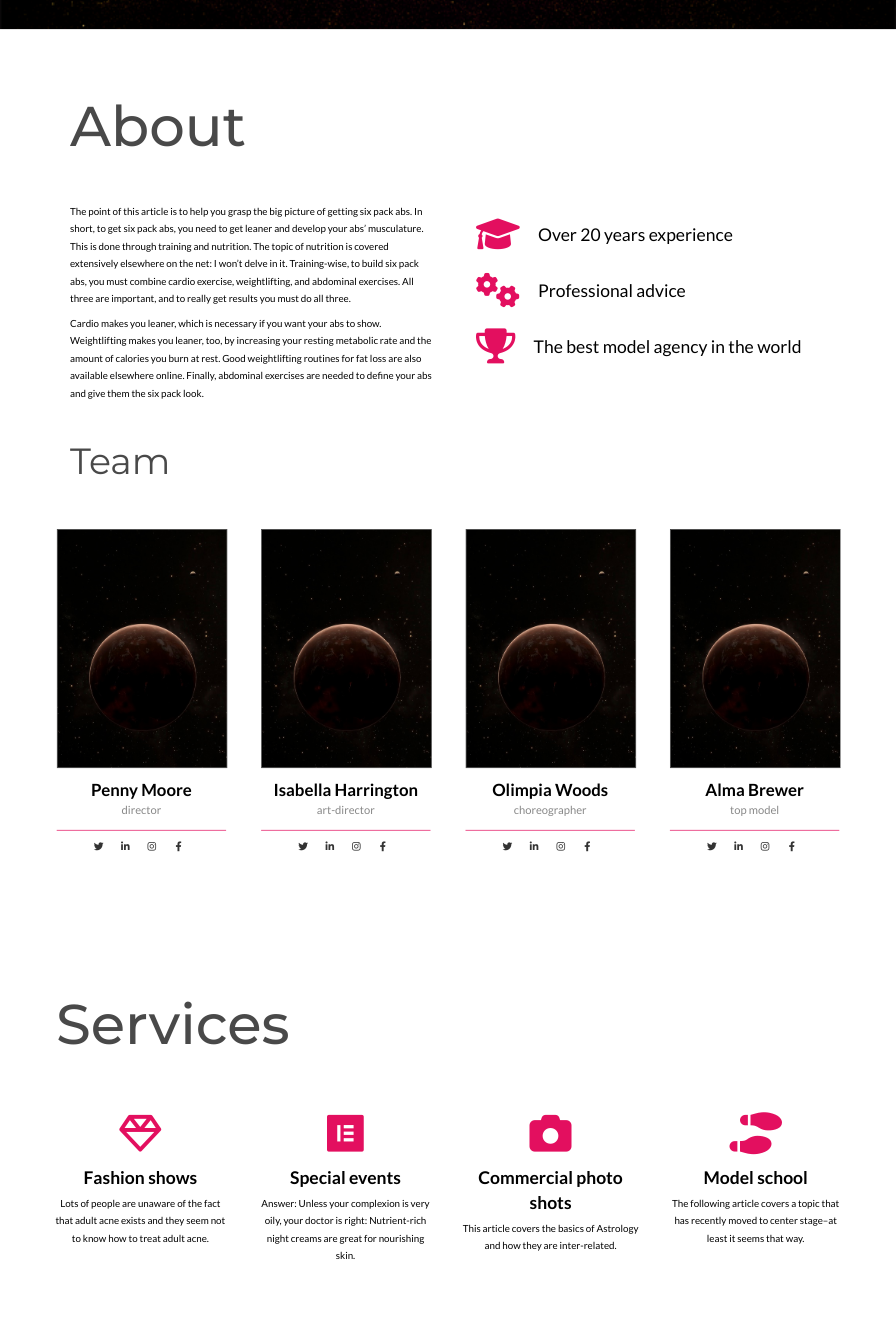
Repository: soniaarefin/cosmo
Page: index.html
The author's editor kept a copy of each file at every save. The page is drawn from the files as they stood at one save, then again after a run of saves.
The browser window is 1280 px wide. The pictures show the part of the page from y = 672 to 2592 px (the page is 2585 px tall before and 2592 px after), at 70% of full size.

Above is the page before, as saved 2021-11-09 21:44:05.

After the next 2 saves:
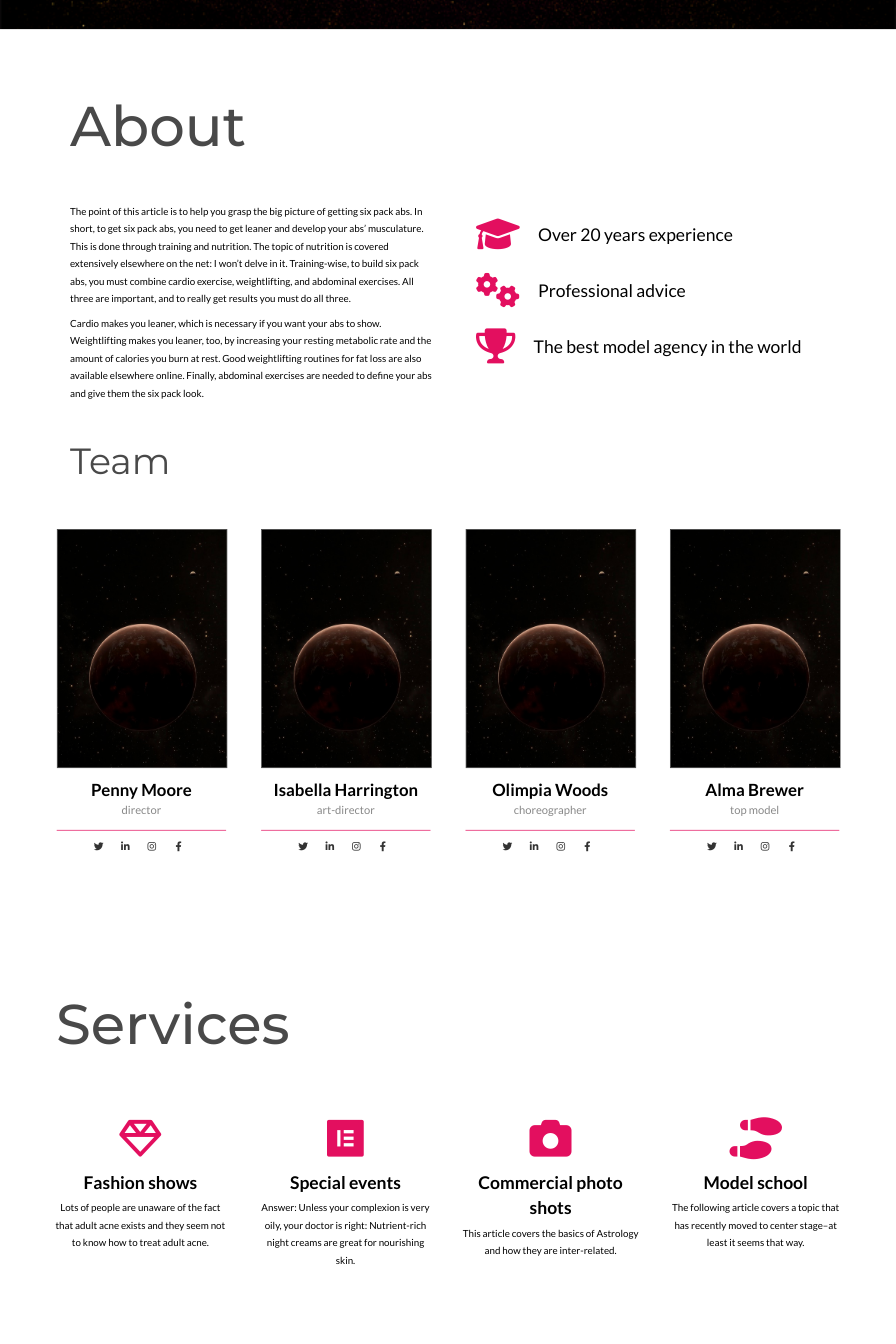
The 2 saves are shown as one change because they came seconds apart.
The last was saved 25 s later.
--- a/assets/css/style.css
+++ b/assets/css/style.css
@@ -399,7 +399,7 @@ section{
     margin: 8px 0;
 }
 .services-icon {
-    margin: 8px 0 12px;
+    margin: 15px 0 12px;
     display: block;
     font-size: 60px;
     color: #e30f5f;
